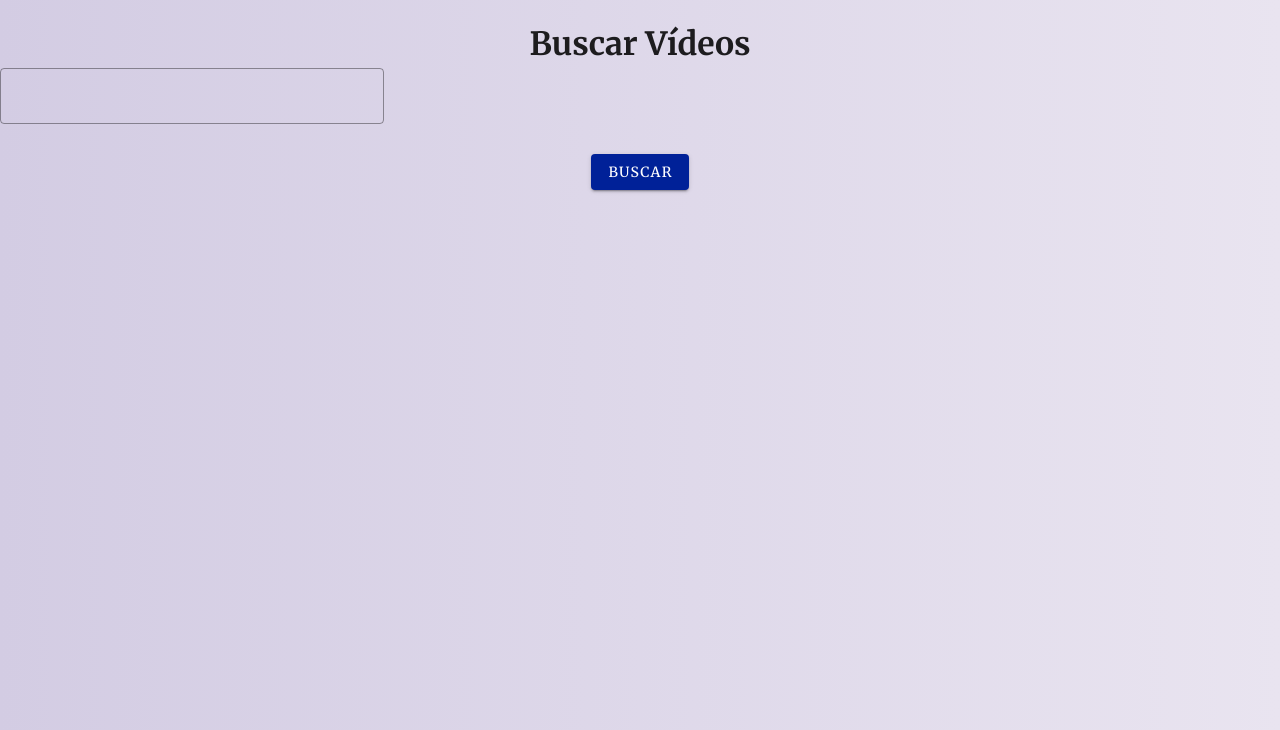
Repository: LucianoBitt/testVertex
Page: /
These files come from the project's save history. The page is drawn as it stood at one moment and after the next save; the edit follows.
The browser window is 1280 px wide. The pictures show the whole page.
The project was rebuilt for these pictures with package versions that can differ from the ones it lists, and the page was loaded fresh each time. Also part of the build but not shown: vue.config.js, src/plugins/api/conectApi.js, src/plugins/mixins/MixinBuscaApi.js, src/style/app.styl, src/style/resetStyles.styl.

Above is the page before, as saved 2024-01-23 10:28:33.

After the next save:
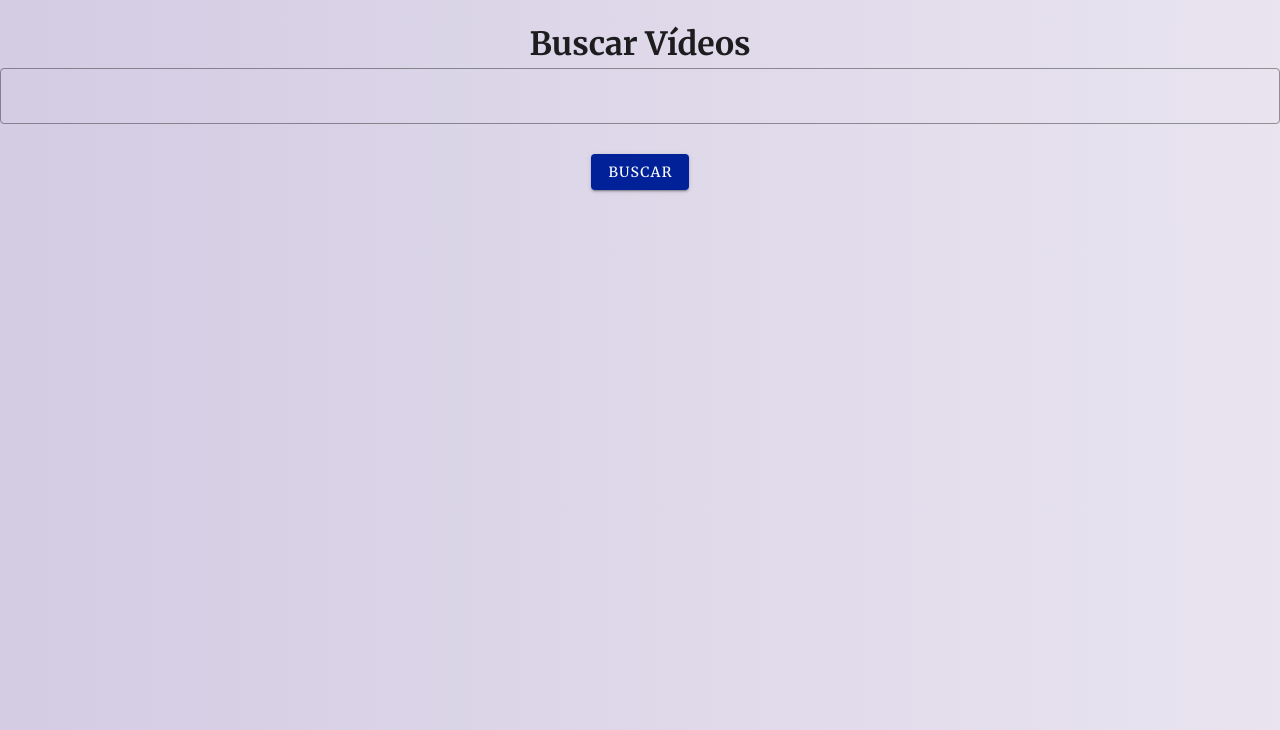
Saved 9 s later.
--- a/src/App.vue
+++ b/src/App.vue
@@ -84,8 +84,12 @@ export default {
 }
 
 .v-text-field{
-  width: 30%;
-
+  width: 100%;
+	max-width: 1440px;
+	margin: 10px auto 0;
+	display: flex;
+  justify-content: center;
+  flex-wrap: wrap;
 }
 </style>
 
